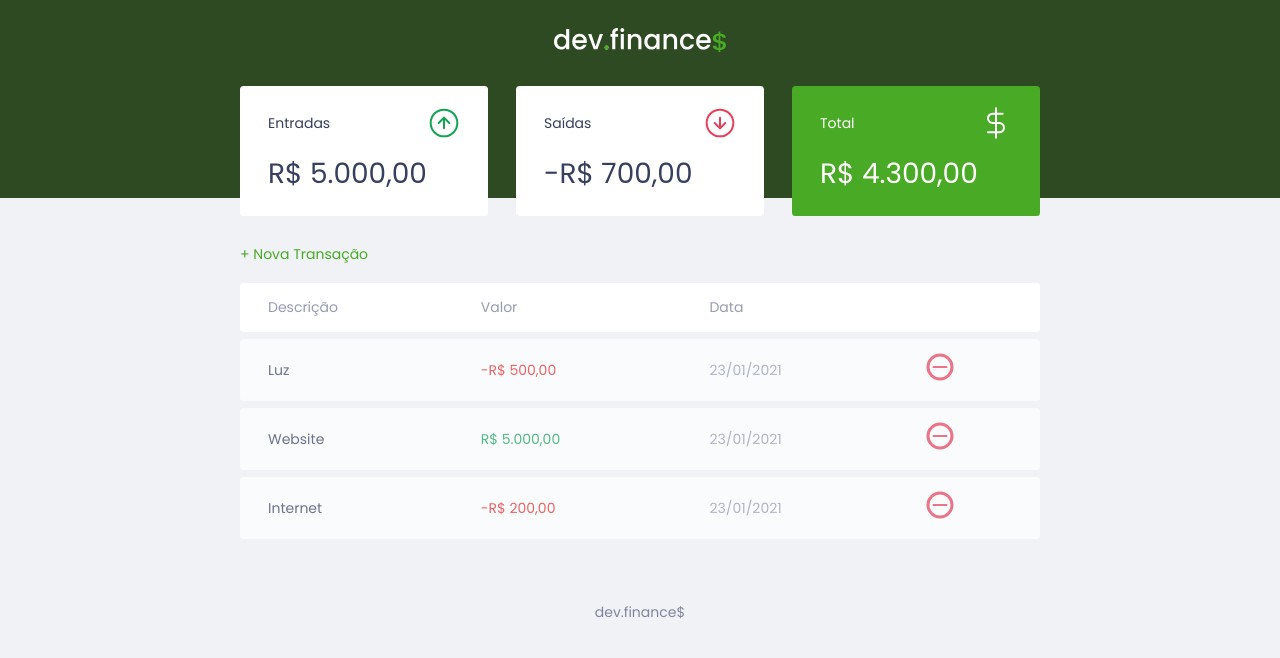
Repository: rafaelmgr12/maratona-dev01
Page: index.html
The author's editor kept a copy of each file at every save. The page is drawn from the files as they stood at one save, then again after the next save.
The browser window is 1280 px wide. The pictures show the whole page.

Above is the page before, as saved 2021-05-01 13:55:34.

### index.html
<!DOCTYPE html>
<html lang="pt-br">
  <head>
    <meta charset="UTF-8" />
    <meta name="viewport" content="width=device-width, initial-scale=1.0" />
    <title>Rafael.appdev.finance$</title>

    <link rel="stylesheet" href="./style.css" />
    <link rel="preconnect" href="https://fonts.gstatic.com" />
    <link
      href="https://fonts.googleapis.com/css2?family=Poppins:ital,wght@0,100;0,400;0,700;1,100;1,400;1,700&display=swap"
      rel="stylesheet"
    />
  </head>
  <body>
    <header>
      <img src="./assets/logo.svg" alt="Logo Dev Finance" />
    </header>

    <main class="container">
      <section id="balance">
        <h2 class="sr-only">Balanço</h2>

        <div class="card">
          <h3>
            <span> Entradas </span>
            <img src="./assets/income.svg" alt="Image de entradas" />
          </h3>
          <p id = "incomeDisplay">R$ 5.000,00</p>
        </div>

        <div class="card">
          <h3>
            <span> Saídas </span>
            <img src="./assets/expense.svg" alt="Image de saídas" />
          </h3>
          <p id = "expenseDisplay">R$ 2.000,00</p>
        </div>

        <div class="card total">
          <h3>
            <span> Total </span>
            <img src="./assets/total.svg" alt="Image de total" />
          </h3>
          <p id="totalDisplay">R$ 3.000,00</p>
        </div>
      </section>

      <section id="transaction">
        <h2 class="sr-only">Transações</h2>

        <a href="#" onclick="Modal.open()" class="button new"
          >+ Nova Transação</a
        >

        <table id="data-table">
          <thead>
            <tr>
              <th>Descrição</th>
              <th>Valor</th>
              <th>Data</th>
              <th></th>
            </tr>
          </thead>
          <tbody>

          </tbody>
        </table>
      </section>
    </main>

    <div class="modal-overlay">
      <div class="modal">
        <div id="form">
          <h2>Nova Transação</h2>
          <form action="">
            <div class="input-group">
              <label class="sr-only" for="description">Descrição</label>
              <input
                type="text"
                id="description"
                name="description"
                placeholder="Descrição"
              />
            </div>

            <div class="input-group">
              <label class="sr-only" for="amount">Valor</label>
              <input
                type="number"
                step="0.01"
                id="amount"
                name="amount"
                placeholder="0,00"
              />
              <small class="help"
                >Use o sinal - (negativo) para despesas e , (vírgula) para casas
                decimais</small
              >
            </div>

            <div class="input-group">
              <label class="sr-only" for="date">Data</label>
              <input type="date" id="date" name="date" />
            </div>

            <div class="input-group actions">
              <a onclick="Modal.close()" href="#" class="button cancel"
                >Cancelar</a
              >
              <button>Salvar</button>
            </div>
          </form>
        </div>
      </div>
    </div>

    <footer><p>dev.finance$</p></footer>

    <script src = "./scripts.js"></script>
  </body>
</html>

### style.css
/* Global ===================== */
:root {
  --dark-blue: #363f5f;
  --green: #49aa26;
  --light-green: #3dd705;
  --red: #e92929;
}

* {
  margin: 0;
  padding: 0;
  box-sizing: border-box;
}

html {
  font-size: 93.75%; /* 15px */
}

body {
  background: #f0f2f5;
  font-family: "Poppins", sans-serif;
}

.sr-only {
  position: absolute;
  width: 1px;
  height: 1px;
  padding: 0;
  margin: -1px;
  overflow: hidden;
  clip: rect(0, 0, 0, 0);
  white-space: nowrap;
  border-width: 0;
}

.container {
  width: min(90vw, 800px);
  margin: auto;
}

/* Titles ===================== */
h2 {
  margin-top: 3.2rem;
  margin-bottom: 0.8rem;
  color: var(--dark-blue);

  font-weight: normal;
}

/* Links & Buttons ===================== */
a {
  color: var(--green);
  text-decoration: none;
}

a:hover {
  color: var(--light-green);
}

button {
  width: 100%;
  height: 50px;

  border: none;

  color: white;
  background: var(--green);

  padding: 0;

  border-radius: 0.25rem;

  cursor: pointer;
}

button:hover {
  background: var(--light-green);
}

.button.new {
  display: inline-block;
  margin-bottom: 0.8rem;
}

.button.cancel {
  color: var(--red);
  border: 2px var(--red) solid;
  border-radius: 0.25rem;

  height: 50px;

  display: flex;
  align-items: center;
  justify-content: center;

  opacity: 0.6;
}

.button.cancel:hover {
  opacity: 1;
}

/* Header ===================== */
header {
  background: #2d4a22;
  padding: 2rem 0 10rem;
  text-align: center;
}

#logo {
  color: #fff;
  font-weight: 100;
}

/* Balance ===================== */
#balance {
  margin-top: -8rem;
}

#balance h2 {
  color: white;
  margin-top: 0;
}

/* Cards ===================== */
.card {
  background: white;
  padding: 1.5rem 2rem;
  border-radius: 0.25rem;

  margin-bottom: 2rem;

  color: var(--dark-blue);
}

.card h3 {
  font-weight: normal;
  font-size: 1rem;

  display: flex;
  align-items: center;
  justify-content: space-between;
}

.card p {
  font-size: 2rem;
  line-height: 3rem;

  margin-top: 1rem;
}

.card.total {
  background: var(--green);
  color: white;
}

/* Table ===================== */
#transaction {
  display: block;
  width: 100%;
  overflow-x: auto;
}
#data-table {
  width: 100%;
  border-spacing: 0 0.5rem;
  color: #969cb3;
}

table thead tr th:first-child,
table tbody tr td:first-child {
  border-radius: 0.25rem 0 0 0.25rem;
}

table thead tr th:last-child,
table tbody tr td:last-child {
  border-radius: 0 0.25rem 0.25rem 0;
}

table thead th {
  background: white;

  font-weight: normal;
  padding: 1rem 2rem;

  text-align: left;
}

table tbody tr {
  opacity: 0.7;
}

table tbody tr:hover {
  opacity: 1;
}

table tbody td {
  background: white;
  padding: 1rem 2rem;
}

td.description {
  color: var(--dark-blue);
}

td.income {
  color: #12a454;
}

td.expense {
  color: #e92929;
}

/* Modal ===================== */
.modal-overlay {
  width: 100%;
  height: 100%;

  background-color: rgba(0, 0, 0, 0.7);

  position: fixed;
  top: 0;

  display: flex;
  align-items: center;
  justify-content: center;

  opacity: 0;
  visibility: hidden;

  z-index: 999;
}

.modal-overlay.active {
  opacity: 1;
  visibility: visible;
}

.modal {
  background: #f0f2f5;
  padding: 2.4rem;

  position: relative;
  z-index: 1;
}

/* Form ===================== */
#form {
  max-width: 500px;
}

#form h2 {
  margin-top: 0;
}

input {
  border: none;
  border-radius: 0.2rem;

  padding: 0.8rem;

  width: 100%;
}

.input-group {
  margin-top: 0.8rem;
}

.input-group small {
  opacity: 0.4;
}

.input-group.actions {
  display: flex;
  justify-content: space-between;
  align-items: center;
}

.input-group.actions .button,
.input-group.actions button {
  width: 48%;
}

/* Footer ===================== */
footer {
  text-align: center;
  padding: 4rem 0 2rem;
  color: var(--dark-blue);

  opacity: 0.6;
}

/* Responsive ===================== */
@media (min-width: 800px) {
  html {
    font-size: 87.5%;
  }

  #balance {
    display: grid;
    grid-template-columns: repeat(3, 1fr);
    gap: 2rem;
  }
}

### scripts.js
const Modal = {
  open() {
    // Abrir modal
    // Adicionar a class active ao modal
    document.querySelector(".modal-overlay").classList.add("active");
  },
  close() {
    // fechar o modal
    // remover a class active do modal
    document.querySelector(".modal-overlay").classList.remove("active");
  },
};

const transactions = [
  {
    id: 1,
    description: "Luz",
    amount: -50000,
    date: "23/01/2021",
  },
  { id: 2, description: "Website", amount: 500000, date: "23/01/2021" },
  { id: 3, description: "Internet", amount: -20000, date: "23/01/2021" },
];

const Transaction = {
  all: transactions,
  add(transaction) {
    Transaction.all.push(transaction);

    App.reload();
  },
  remove(index) {
    Transaction.all.splice(index,1);

    App.reload()
  },
  income() {
    let income = 0;
    Transaction.all.forEach((transaction) => {
      if (transaction.amount > 0) {
        income += transaction.amount;
      }
    });
    return income;
    // somar as entradas
  },
  expense() {
    let expense = 0;
    Transaction.all.forEach((transaction) => {
      if (transaction.amount < 0) {
        expense += transaction.amount;
      }

      // somar saídas/gastos
    });
    return expense;
  },
  total() {
    return Transaction.income() + Transaction.expense();
    // entradas - saídas
  },
};

const DOM = {
  transactionContainer: document.querySelector("#data-table tbody"),

  addTransaction(transaction, index) {
    const tr = document.createElement("tr");
    tr.innerHTML = DOM.innerHTMLTransaction(transaction);

    DOM.transactionContainer.appendChild(tr);
  },

  innerHTMLTransaction(transaction) {
    const CSSclass = transaction.amount > 0 ? "income" : "expense";

    const amount = Utils.formatCurrency(transaction.amount);

    const html = `
      <td class="description">${transaction.description}</td>
      <td class="${CSSclass}">${amount}</td>
      <td class="date">${transaction.date}</td>
      <td>
          <img src="./assets/minus.svg" alt="Remover transação" />
      </td>
    `;
    return html;
  },

  updateBalance() {
    document.getElementById("incomeDisplay").innerHTML = Utils.formatCurrency(
      Transaction.income()
    );
    document.getElementById("expenseDisplay").innerHTML = Utils.formatCurrency(
      Transaction.expense()
    );
    document.getElementById("totalDisplay").innerHTML = Utils.formatCurrency(
      Transaction.total()
    );
  },
  clearTransactions() {
    DOM.transactionContainer.innerHTML = "";
  },
};

//DOM.addTransaction(transactions)

const Utils = {
  formatCurrency(value) {
    const signal = Number(value) < 0 ? "-" : "";

    value = String(value).replace(/\D/g, "");

    value = Number(value) / 100;

    value = value.toLocaleString("pt-BR", {
      style: "currency",
      currency: "BRL",
    });
    return signal + value;
  },
};

const App = {
  init() {
    Transaction.all.forEach((transaction) => {
      DOM.addTransaction(transaction);
    });

    DOM.updateBalance();

    //Storage.set(Transaction.all)
  },
  reload() {
    DOM.clearTransactions();
    App.init();
  },
};

App.init();

//Transaction.remove(0)

After the next save:
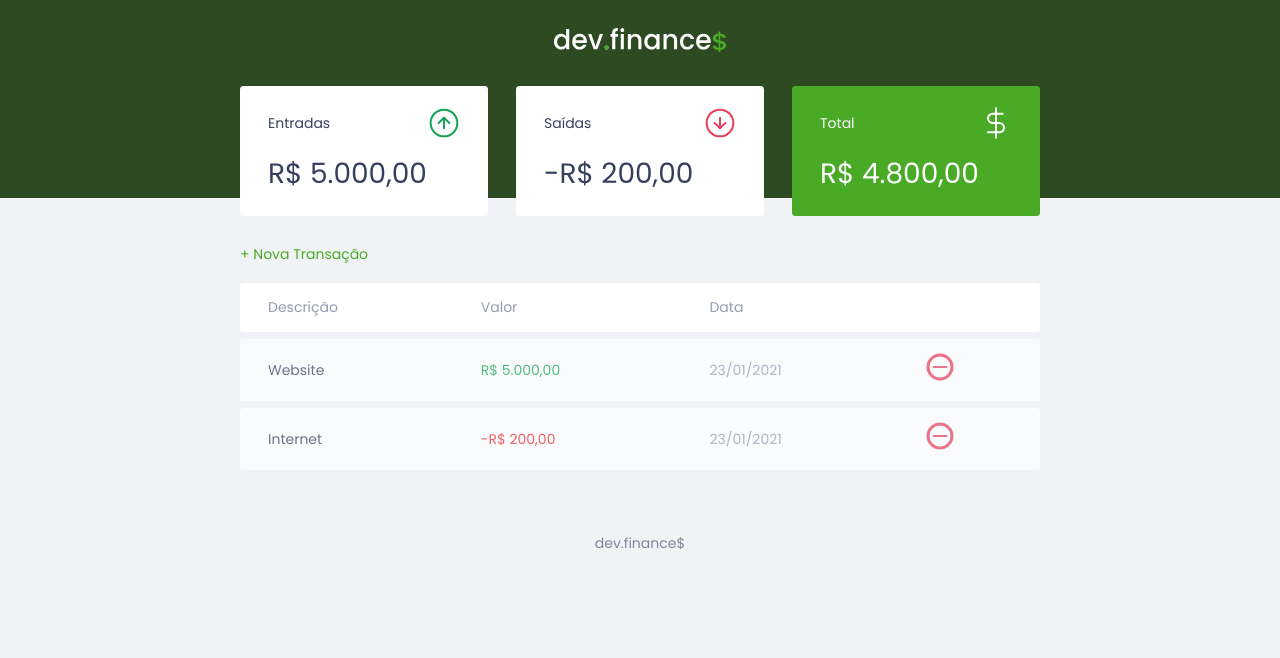
Saved 6 s later.
--- a/scripts.js
+++ b/scripts.js
@@ -139,4 +139,4 @@
 
 App.init();
 
-//Transaction.remove(0)
+Transaction.remove(0)

After the save that followed:
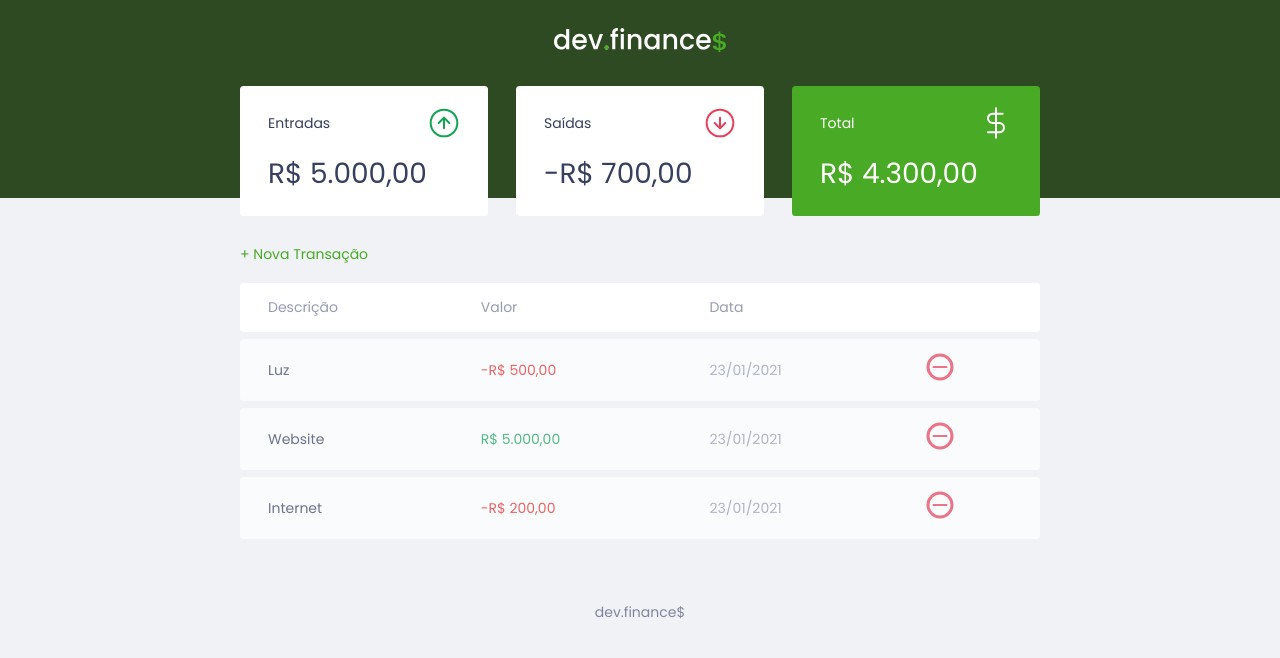
Saved 5 s later.
--- a/scripts.js
+++ b/scripts.js
@@ -138,5 +138,3 @@
 };
 
 App.init();
-
-Transaction.remove(0)
